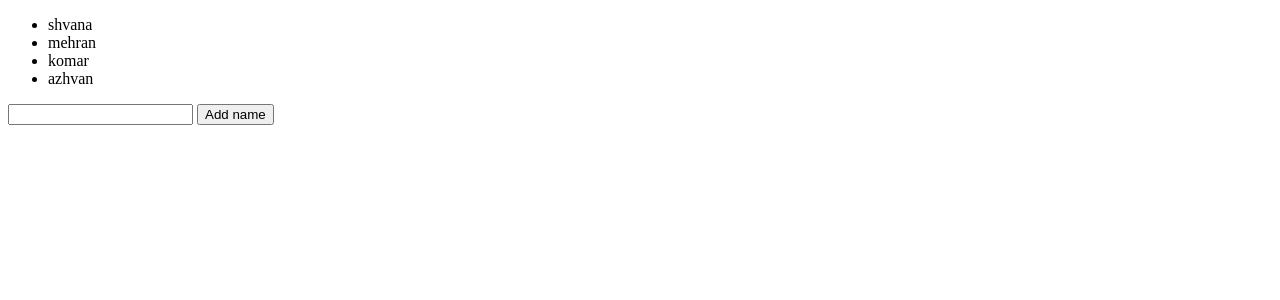
Repository: shvansheikha/Vue-Test
Page: index.html
These files come from the project's save history. The page is drawn as it stood at one moment and after the next save; the edit follows.
The browser window is 1280 px wide. The pictures show the whole page.

Above is the page before, as saved 2020-04-02 20:07:49.

### index.html
<!DOCTYPE html>
<html lang="en">
<head>
    <meta charset="UTF-8">
    <meta name="viewport" content="width=device-width, initial-scale=1.0">
    <title>Document</title>

</head>
<body>
    <div id="root">
        <ul>
            <li v-for="name in names" v-text="name"></li>
        </ul>

        <input v-model="newName">
        <button @click="addName">Add name</button>
    </div>


    <script src="https://cdn.jsdelivr.net/npm/vue/dist/vue.js"></script>
    <script>

        new Vue({
                el:'#root',
                data:{
                    newName:'',
                    names:['shvana','mehran','komar','azhvan'],
                },
                methods:{
                    addName(){
                        this.names.push(this.newName);
                        this.newName="";
                    }
                }

        })
    </script>
</body>
</html>

### main.js
Vue.component('',{});

After the next save:
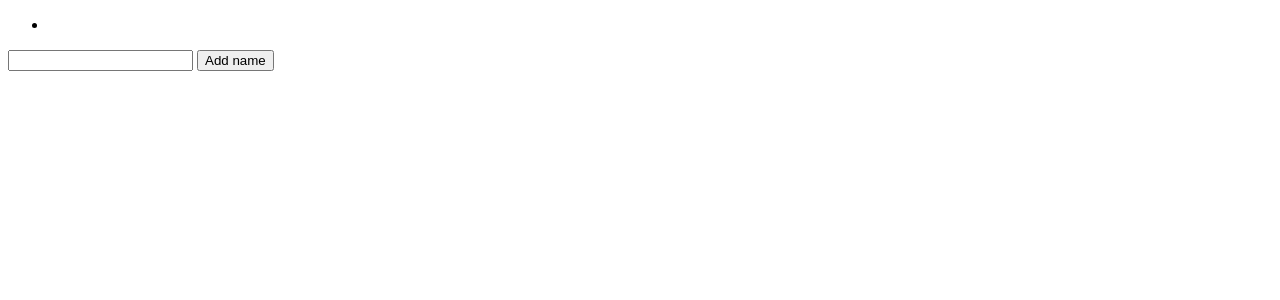
Saved 2 s later.
--- a/index.html
+++ b/index.html
@@ -18,22 +18,6 @@
 
 
     <script src="https://cdn.jsdelivr.net/npm/vue/dist/vue.js"></script>
-    <script>
-
-        new Vue({
-                el:'#root',
-                data:{
-                    newName:'',
-                    names:['shvana','mehran','komar','azhvan'],
-                },
-                methods:{
-                    addName(){
-                        this.names.push(this.newName);
-                        this.newName="";
-                    }
-                }
-
-        })
-    </script>
+    <script src="main.js"></script>
 </body>
 </html>
